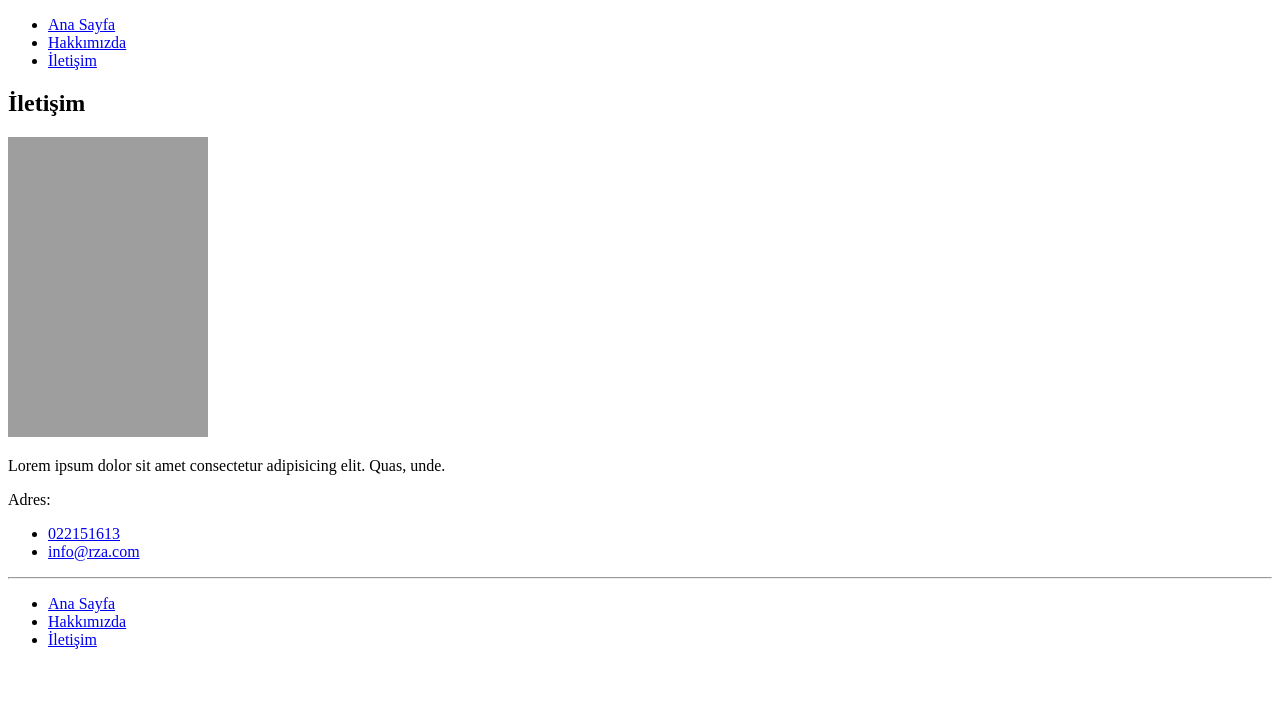
Repository: rizacantire/html
Page: Practice/contact.html
The author's editor kept a copy of each file at every save. The page is drawn from the files as they stood at one save, then again after the next save.
The browser window is 1280 px wide. The pictures show the whole page.
Pictures or frames that could not be fetched are drawn as grey boxes.

Above is the page before, as saved 2021-12-06 23:50:27.

### Practice/contact.html
<!DOCTYPE html>
<html lang="tr">
<head>
    <meta charset="UTF-8">
    <meta http-equiv="X-UA-Compatible" content="IE=edge">
    <meta name="viewport" content="width=device-width, initial-scale=1.0">
    <title>Hakkımızda</title>
</head>
<body>
    <!-- Navbar - Start -->
    <header>
        <nav>
            <ul>
                <li><a href="index.html">Ana Sayfa</a></li>
                <li><a href="about-us.html">Hakkımızda</a></li>
                <li><a href="contact.html">İletişim</a></li>
            </ul>
        </nav>
    </header>
    <!-- Navbar - End -->

    <!-- Content - Start -->
    <section>
        <!-- Articles - Start -->
        <article>
            <h2>İletişim</h2>
            <img src="https://picsum.photos/id/8/200/300" alt="Yazı 1">
            <p>Lorem ipsum dolor sit amet consectetur adipisicing elit. Quas, unde.</p>
            <p>
                Adres:
            </p>
            <ul>
                <li><a href="tel:022151613">022151613</a></li>
                <li><a href="mailto:info@rza.com">info@rza.com</a></li>
            </ul>
            <hr>
        </article>
        <!-- Articles - End -->
    </section>
    <!-- Content - End -->

    <!-- Footer - Start -->
    <footer>
        <nav>
            <ul>
                <li><a href="index.html">Ana Sayfa</a></li>
                <li><a href="about-us.html">Hakkımızda</a></li>
                <li><a href="contact.html">İletişim</a></li>
            </ul>
        </nav>
    </footer>
    <!-- Footer - End -->
</body>
</html>

After the next save:
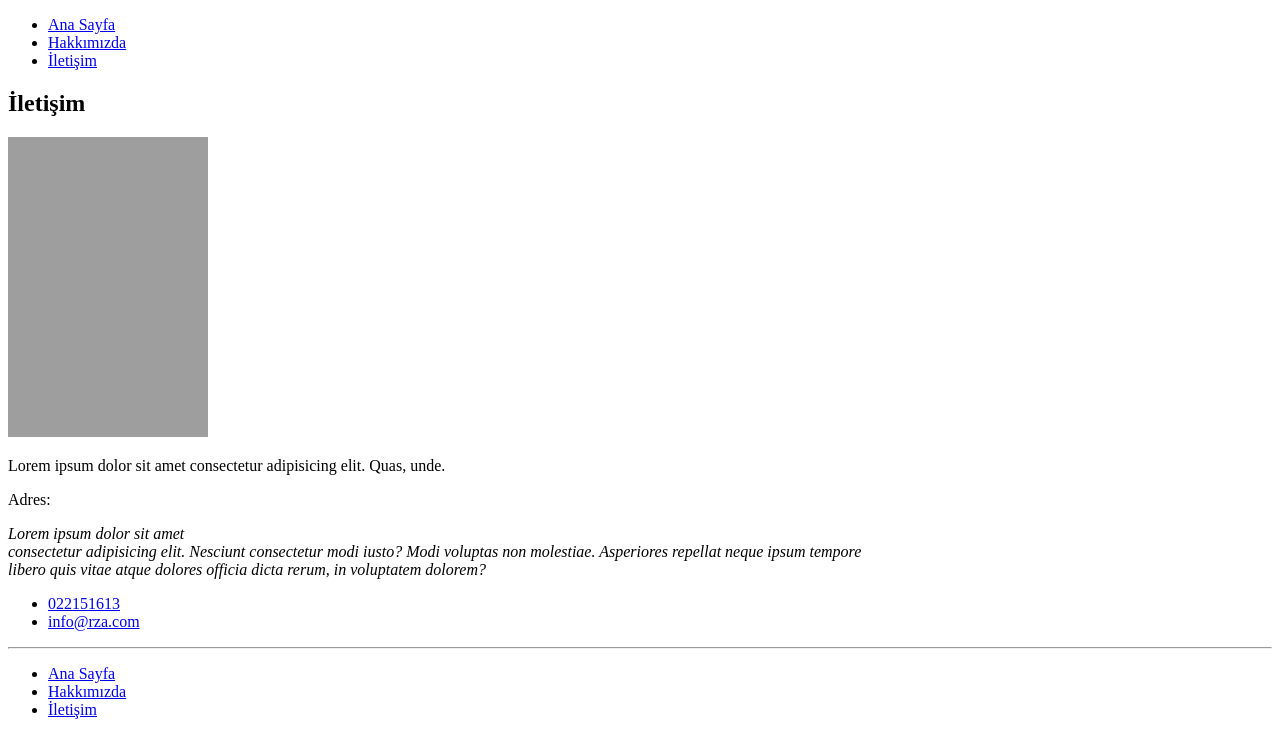
Saved 30 s later.
--- a/Practice/contact.html
+++ b/Practice/contact.html
@@ -29,6 +29,9 @@
             <p>
                 Adres:
             </p>
+            <address>
+                Lorem ipsum dolor sit amet <br> consectetur adipisicing elit. Nesciunt consectetur modi iusto? Modi voluptas non molestiae. Asperiores repellat neque ipsum tempore <br> libero quis vitae atque dolores officia dicta rerum, in voluptatem dolorem?
+            </address>
             <ul>
                 <li><a href="tel:022151613">022151613</a></li>
                 <li><a href="mailto:info@rza.com">info@rza.com</a></li>
